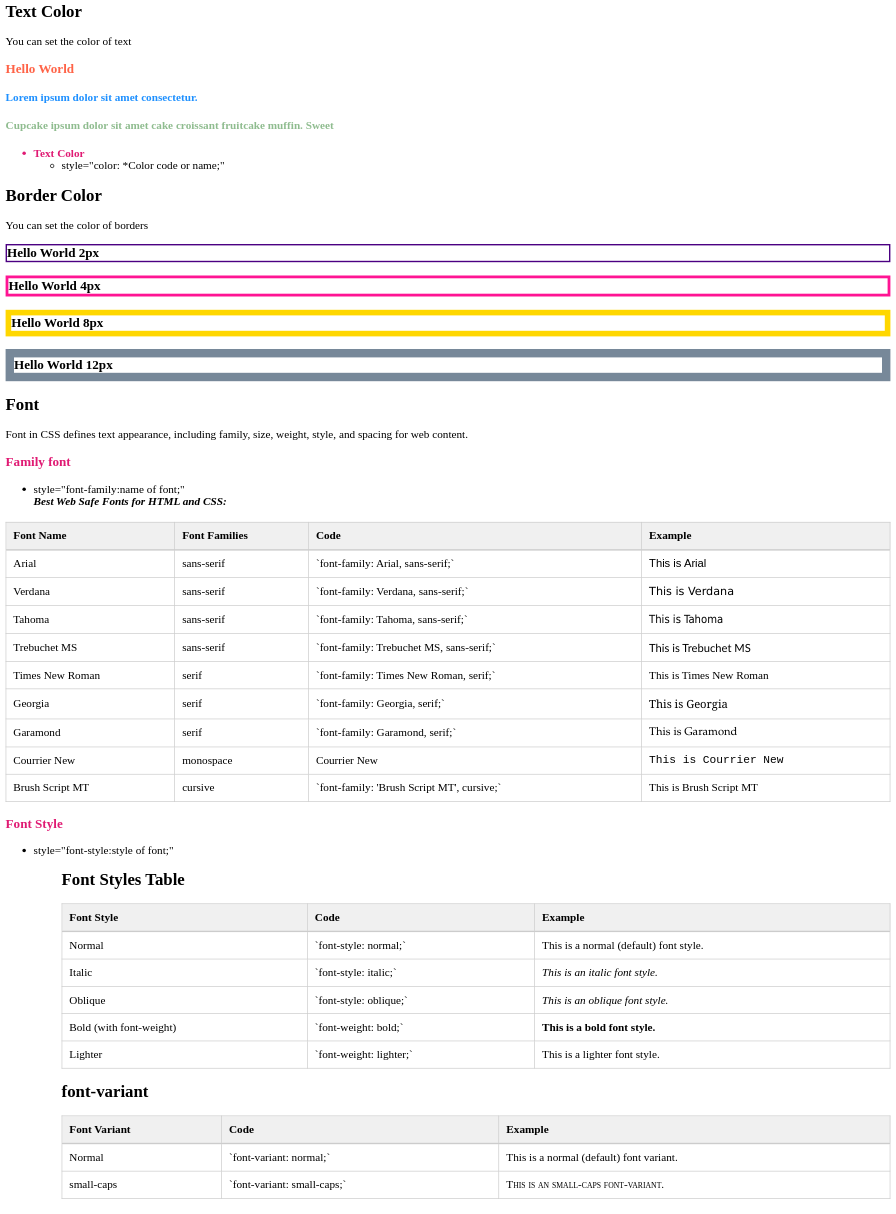
Repository: AnnaSpirit/2025_
Page: Bases/OK/HTML_Text_Formatting.html
These files come from the project's save history. The page is drawn as it stood at one moment and after a run of saves; the edit follows.
The browser window is 1280 px wide. The pictures show the part of the page from y = 2461 to 4381 px (the page is 4195 px tall before and 4381 px after), at 70% of full size.

Above is the page before, as saved 2025-01-09 16:45:59.

After the next 2 saves:
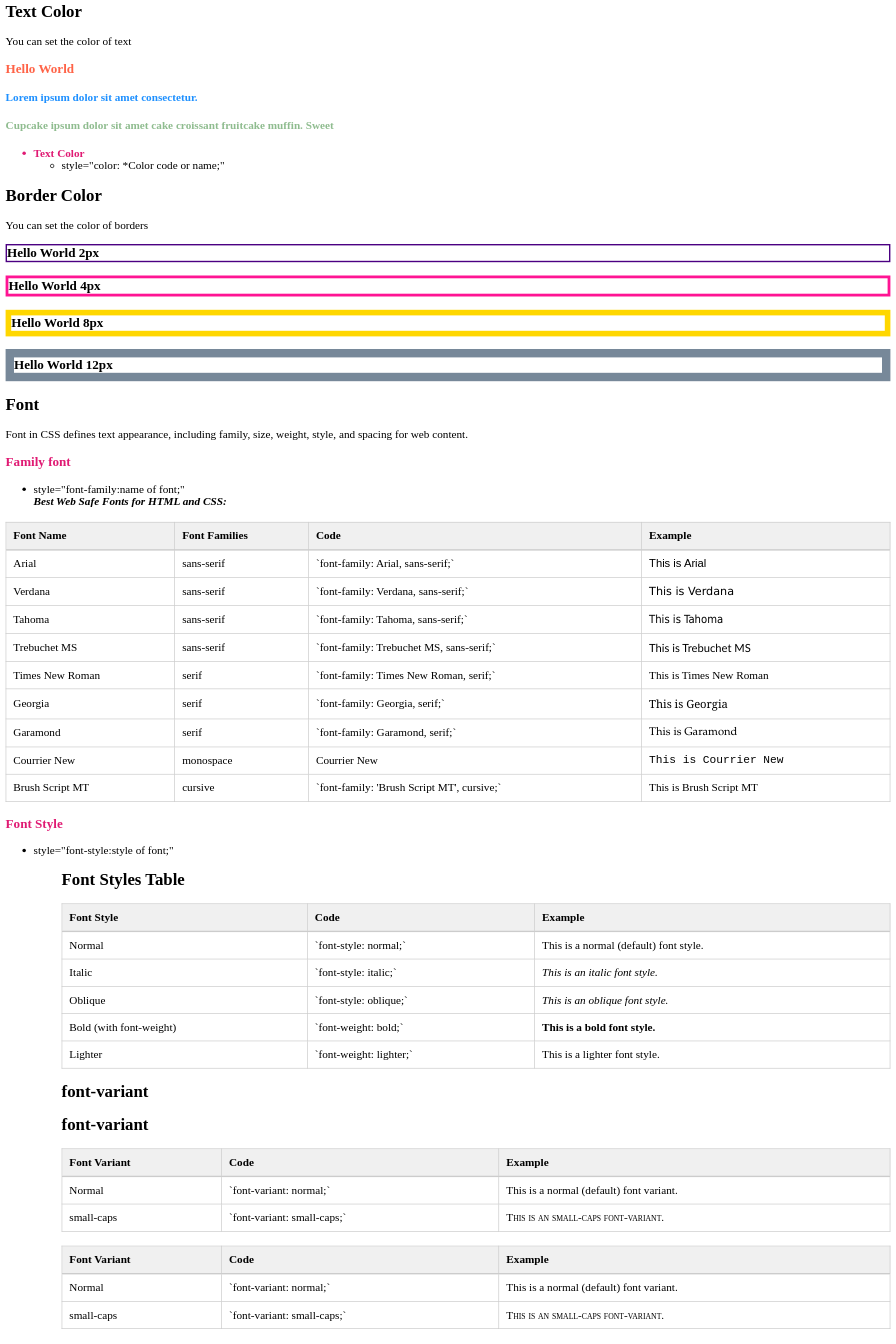
The 2 saves are shown as one change because they came seconds apart.
The last was saved 33 s later.
--- a/Bases/OK/HTML_Text_Formatting.html
+++ b/Bases/OK/HTML_Text_Formatting.html
@@ -355,6 +355,29 @@
                 <td style="padding: 10px; border: 1px solid #ccc; font-variant: small-caps;">This is an small-caps font-variant.</td>
             </tr>
 
+<h2>font-variant</h2>
+<table style="width: 100%; border-collapse: collapse; text-align: left; margin: 20px 0;">
+    <thead>
+        <tr style="background-color: #f0f0f0; border-bottom: 2px solid #ccc;">
+            <th style="padding: 10px; border: 1px solid #ccc;">Font Variant</th>
+            <th style="padding: 10px; border: 1px solid #ccc;">Code</th>
+            <th style="padding: 10px; border: 1px solid #ccc;">Example</th>
+        </tr>
+    </thead>
+    <tbody>
+        <tr>
+            <td style="padding: 10px; border: 1px solid #ccc;">Normal</td>
+            <td style="padding: 10px; border: 1px solid #ccc;">`font-variant: normal;`</td>
+            <td style="padding: 10px; border: 1px solid #ccc; font-variant: normal;">This is a normal (default) font
+                variant.</td>
+        </tr>
+        <tr>
+            <td style="padding: 10px; border: 1px solid #ccc;">small-caps</td>
+            <td style="padding: 10px; border: 1px solid #ccc;">`font-variant: small-caps;`</td>
+            <td style="padding: 10px; border: 1px solid #ccc; font-variant: small-caps;">This is an small-caps
+                font-variant.</td>
+        </tr>
+
 </section>
 
 </li>
